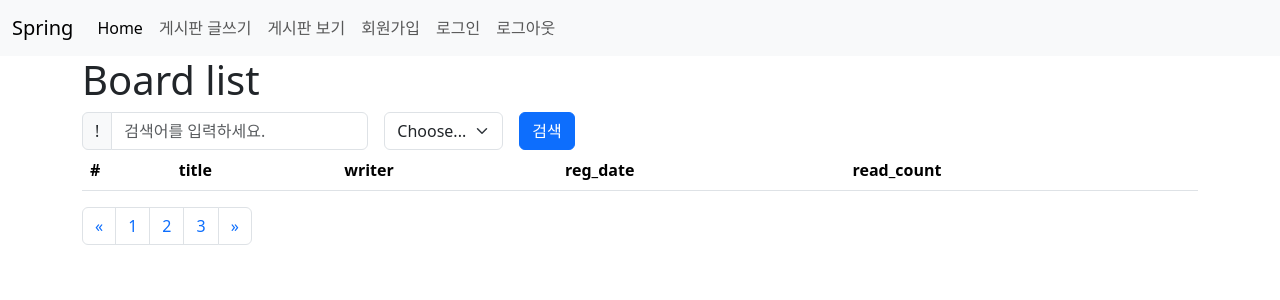
Repository: kimnoanoa/springTest240430
Page: http://localhost/spring_study/WEB-INF/views/board/list.jsp
These files come from the project's save history. The page is drawn as it stood at one moment and after the next save; the edit follows.
The browser window is 1280 px wide. The pictures show the whole page.
The page is served by Tomcat 9. Nobody is signed in. The template is opened directly, without the code that normally fills it, so the values that code supplies are empty.

Above is the page before, as saved 2024-04-24 08:14:53.

After the next save:
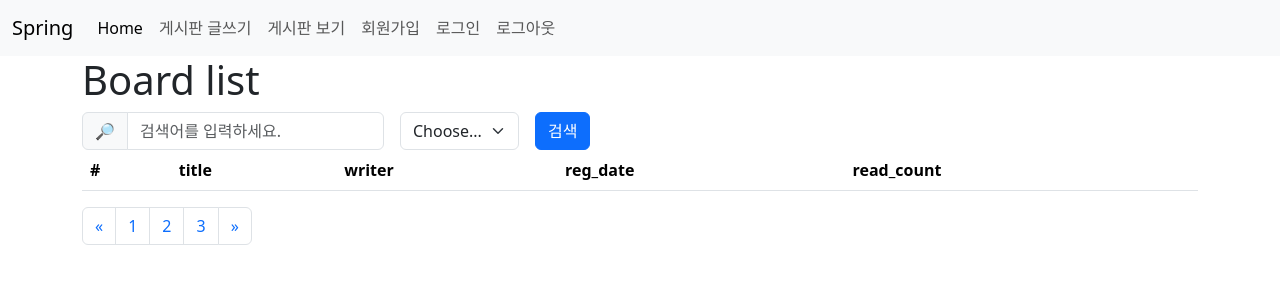
Saved 30 s later.
--- a/spring_study/src/main/webapp/WEB-INF/views/board/list.jsp
+++ b/spring_study/src/main/webapp/WEB-INF/views/board/list.jsp
@@ -10,7 +10,7 @@
   <div class="col-12">
     <label class="visually-hidden" for="inlineFormInputGroupUsername">Username</label>
     <div class="input-group">
-      <div class="input-group-text">!</div>
+      <div class="input-group-text">🔎</div>
       <input type="text" class="form-control" id="inlineFormInputGroupUsername" placeholder="검색어를 입력하세요.">
     </div>
   </div>
